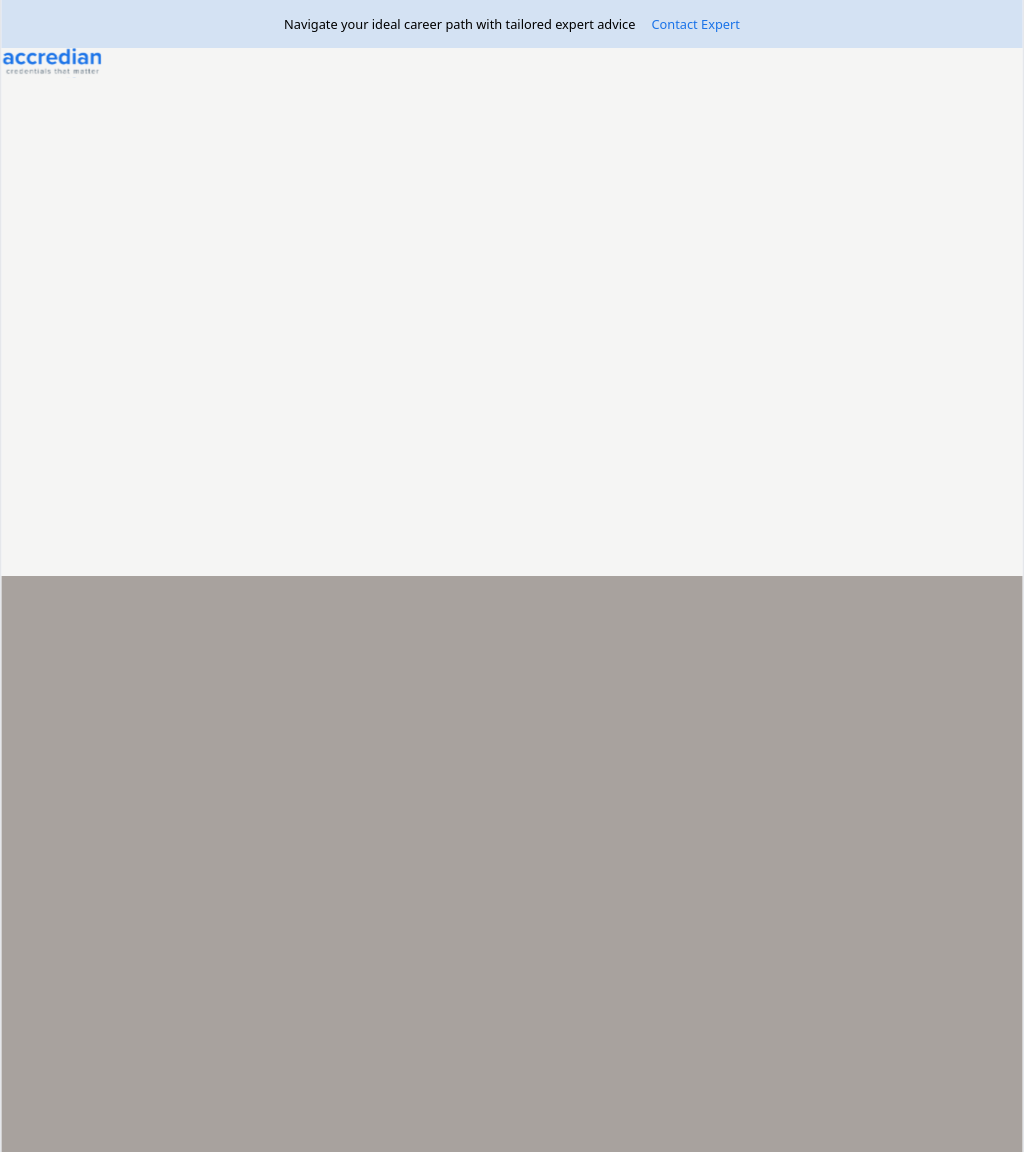
Repository: Qu4ntumGuy/accredian-frontend-task
Page: /
These files come from the project's save history. The page is drawn as it stood at one moment and after the next save; the edit follows.
The browser window is 1280 px wide. The pictures show the whole page, at 80% of full size.
The project was rebuilt for these pictures with package versions that can differ from the ones it lists, and the page was loaded fresh each time. Also part of the build but not shown: src/Components/Dropdown.js, src/Components/InputForm.js, src/Components/Modal.js.

Above is the page before, as saved 2024-07-19 14:53:50.

### src/App.js
import React from "react";
import { BrowserRouter as Router, Route, Routes } from "react-router-dom";
import Home from "./Pages/Home";

function App() {
  return (
    <Router>
      <Routes>
        <Route path="/" element={<Home />} />
      </Routes>
    </Router>
  );
}

export default App;

### src/Pages/Home.js
import React from "react";
import Modal from "../Components/Modal";
import logo from "../Assets/logo.png.svg";

function Home() {
  const [showModal, setShowModal] = React.useState(false);
  const handleModal = () => {
    setShowModal(!showModal);
  };
  return (
    <div className="max-w-[85rem] border-x-2 mx-auto">
      <section className="h-[100vh] bg-stone-100">
        <div className="w-full bg-[#1A73E8] bg-opacity-15 h-[60px] flex justify-center items-center">
          <span>
            Navigate your ideal career path with tailored expert advice
          </span>
          <span className="text-[#1A73E8] ml-5">Contact Expert</span>
        </div>
        <div className="h-[80px] flex justify-between">
          <div>
            <img src={logo} alt="logo" />
          </div>
          <div></div>
        </div>
      </section>
      <section className="h-[100vh] bg-stone-400"></section>
      {/* <Modal show={showModal} handle={handleModal} />
      <button onClick={handleModal}>Show Modal</button> */}
    </div>
  );
}

export default Home;

Loaded but not shown: public/index.html (common file); src/index.js (common file); src/index.css (common file); src/reportWebVitals.js (common file); tailwind.config.js (common file)

After the next save:
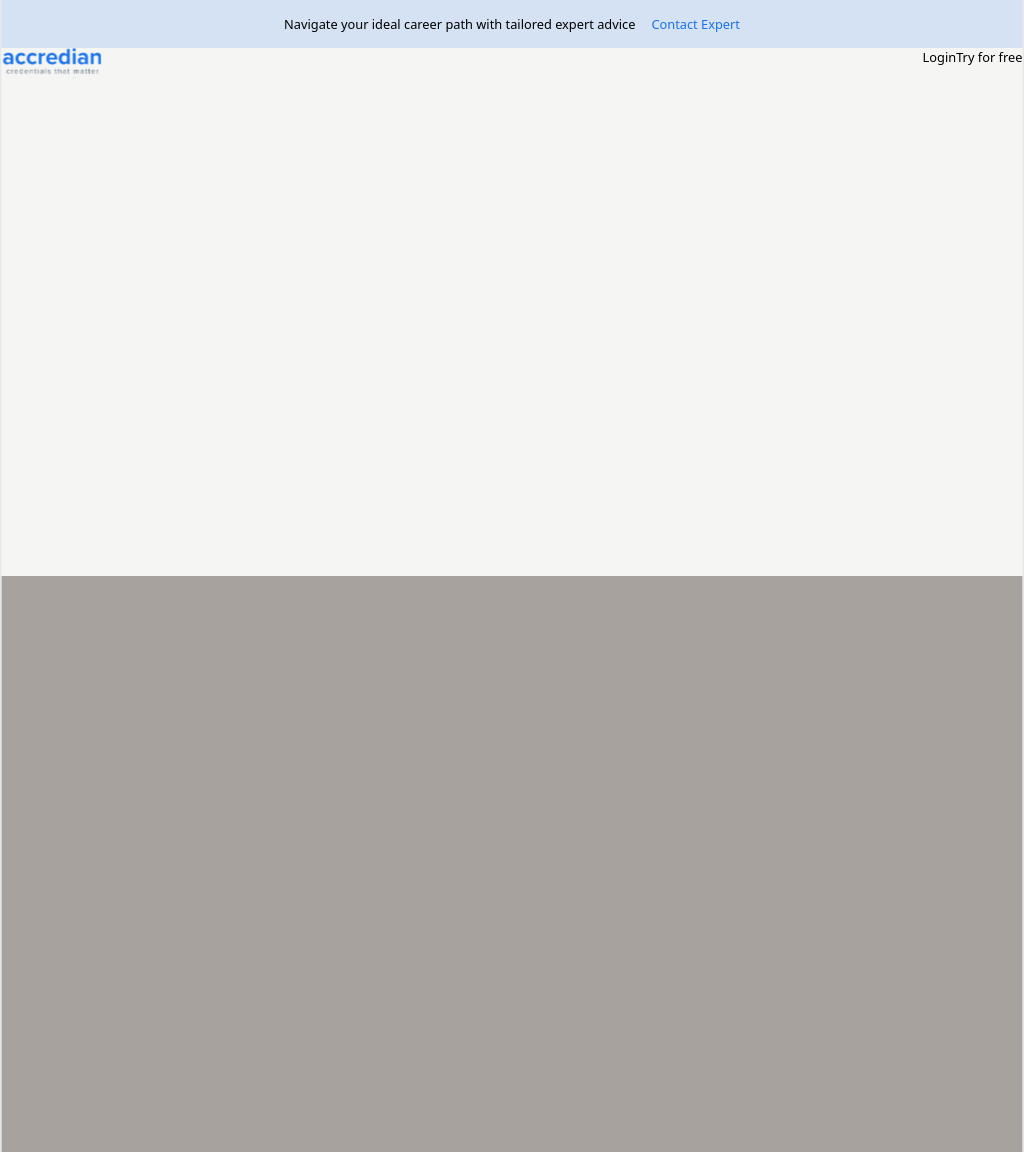
Saved 116 s later.
--- a/src/Pages/Home.js
+++ b/src/Pages/Home.js
@@ -20,7 +20,13 @@
           <div>
             <img src={logo} alt="logo" />
           </div>
-          <div></div>
+          <div>
+            <div></div>
+            <div></div>
+            <div></div>
+            <button>Login</button>
+            <button>Try for free</button>
+          </div>
         </div>
       </section>
       <section className="h-[100vh] bg-stone-400"></section>
